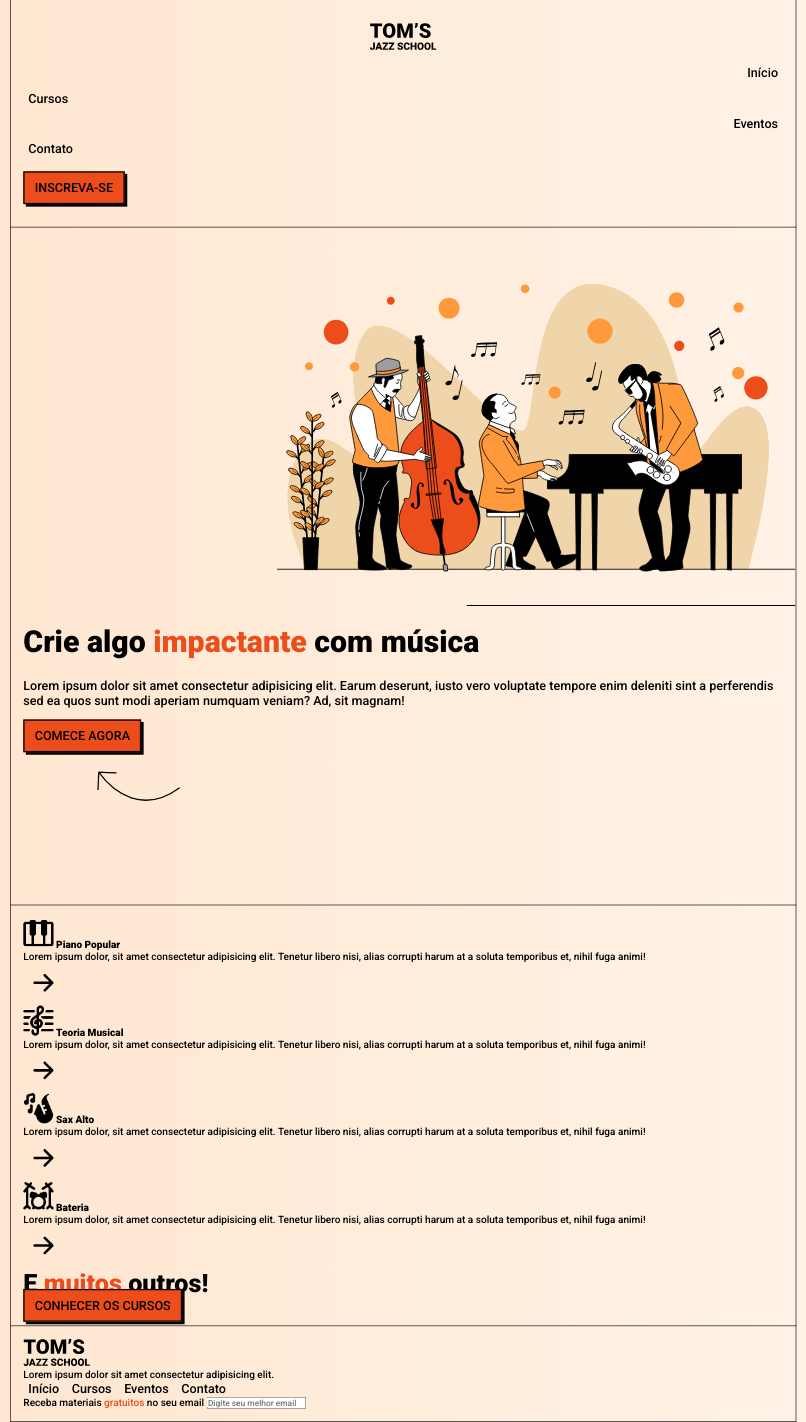
Repository: tenoriodasilva31/OBC-Music-School
Page: index.html
These files come from the project's save history. The page is drawn as it stood at one moment and after the next save; the edit follows.
The browser window is 1280 px wide. The pictures show the whole page, at 63% of full size.

Above is the page before, as saved 2023-07-05 17:37:34.

After the next save:
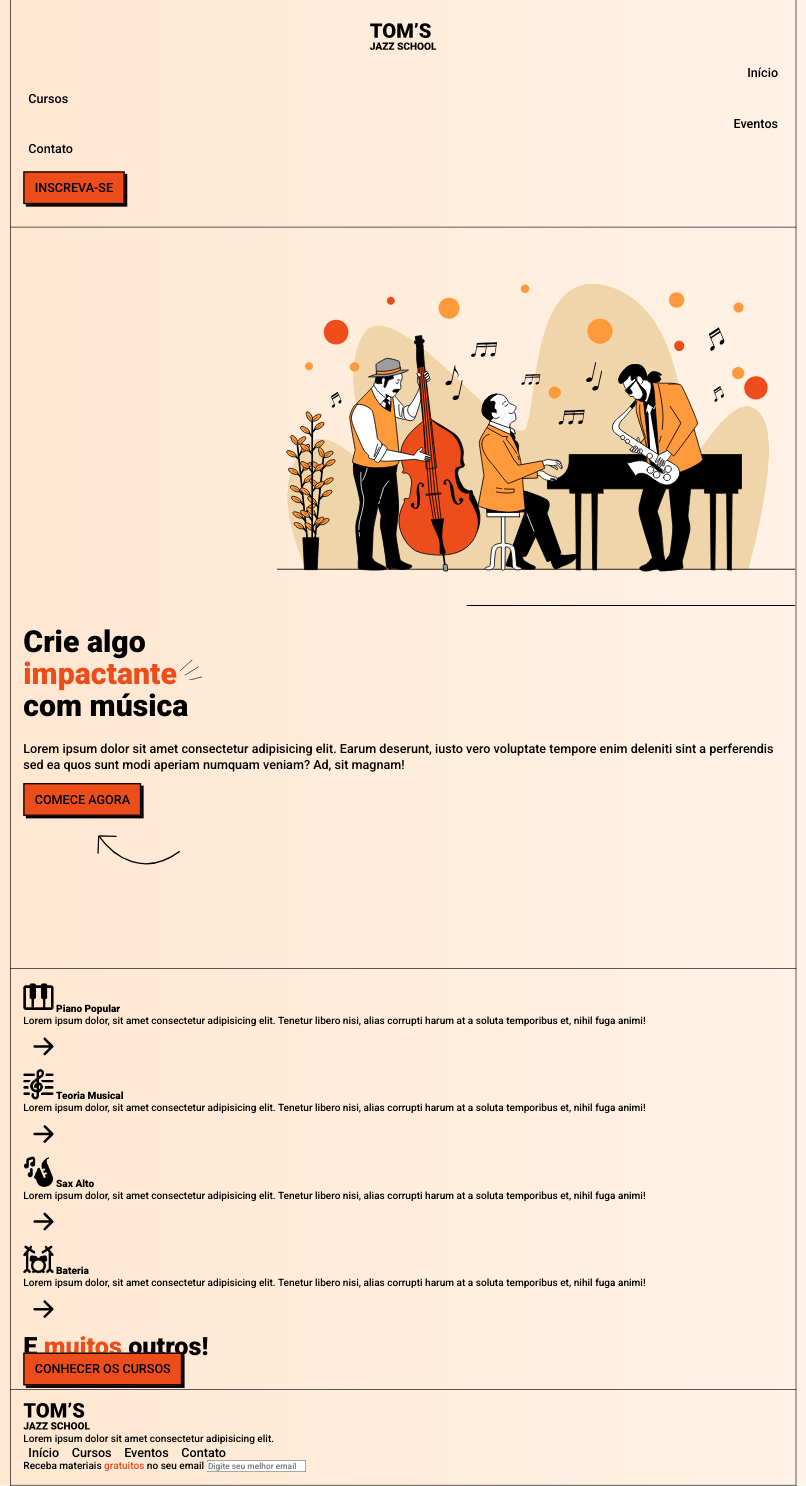
Saved 23 s later.
--- a/index.html
+++ b/index.html
@@ -27,7 +27,7 @@
         <section class="hero-section">
             <img src="/img/hero-img.svg" alt="Banda de jazz se apresentando">
             <div>
-                <h1 class="mt-2">Crie algo <span class="text-primary">impactante</span> com música</h1>
+                <h1 class="mt-2">Crie algo <span class="text-primary decoration">impactante</span> com música</h1>
                 <p class="mt-2 mb-2">Lorem ipsum dolor sit amet consectetur adipisicing elit. Earum deserunt, iusto vero voluptate tempore enim deleniti sint a perferendis sed ea quos sunt modi aperiam numquam veniam? Ad, sit magnam!</p>
                 <a href="#" class="button mt-1 mb-1 nx-auto">Comece agora</a>
             </div>
